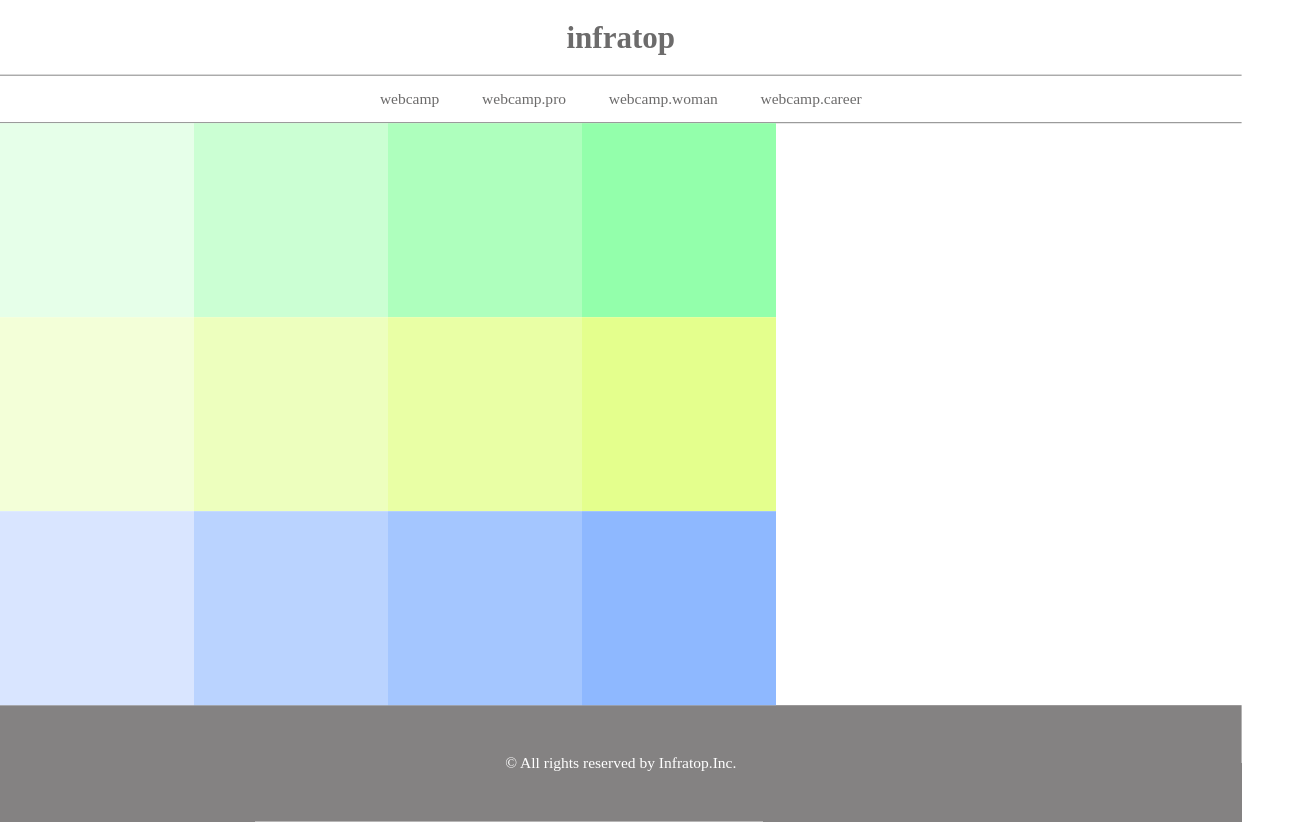
Repository: momopomi/htmlcss
Page: caravan/index.html
The author's editor kept a record of every edit. The page is drawn from the files as they stood at one moment, then again after the next edit.
The browser window is 1280 px wide. The page is 1280 px wide, then 1330 px, so the pictures cover 1330 px, including what lies to the right of the window. The pictures show the whole page, at 97% of full size.

Above is the page before.

After the next edit:
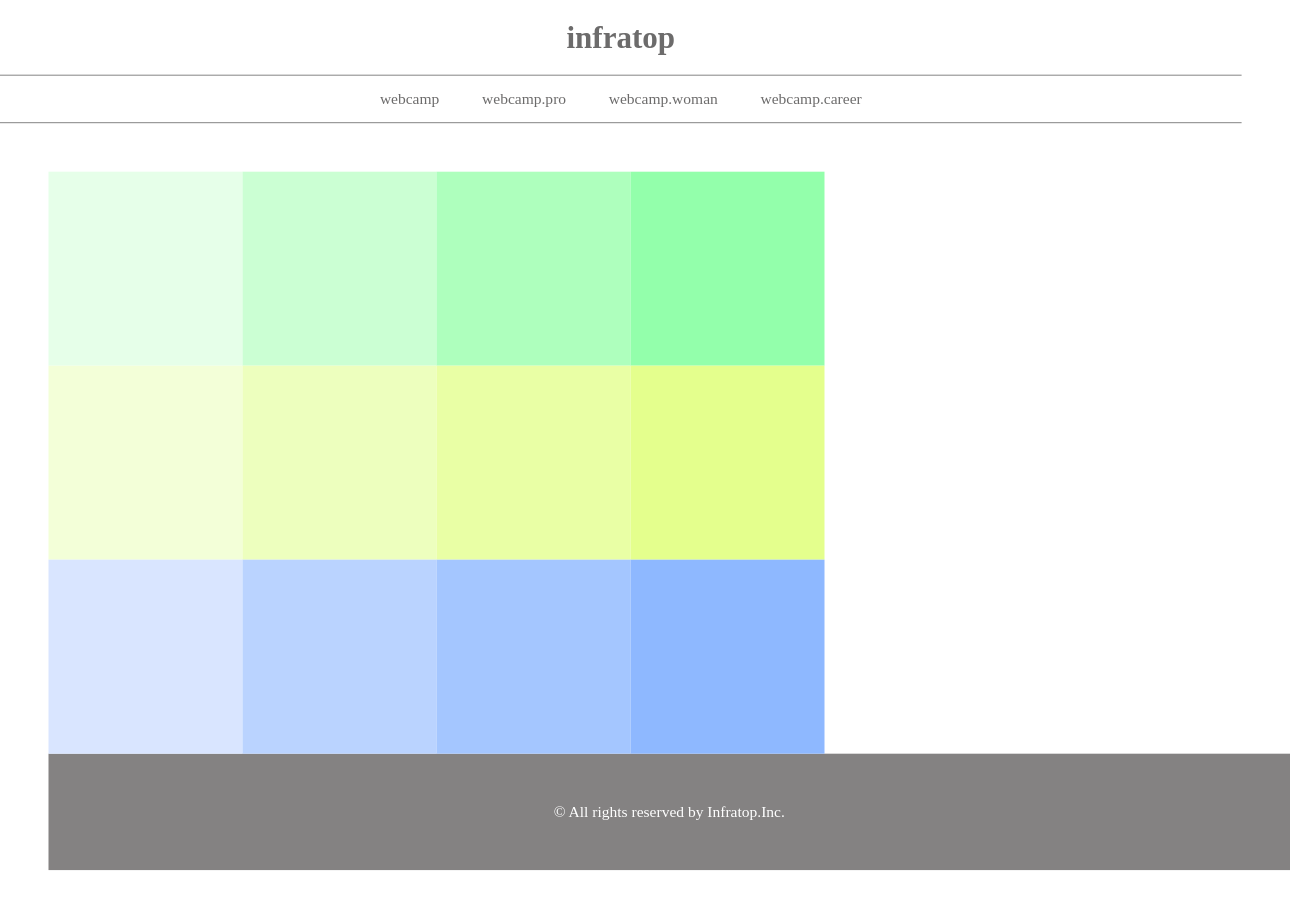
The edit:
--- a/caravan/index.html
+++ b/caravan/index.html
@@ -35,13 +35,14 @@
       </ul>
     </nav>
 
-    <!-- main-visual用のdiv -->
-    <div class=big_main1>
-     <div class="main1"></div>
-     <div class="main2"></div>
-     <div class="main3"></div>
-     <div class="main4"></div>
-    </div>
+    <!-- main用のdiv -->
+    <div class=large_main>
+     <div class=big_main1>
+      <div class="main1"></div>
+      <div class="main2"></div>
+      <div class="main3"></div>
+      <div class="main4"></div>
+     </div>
 
     <div class=big_main2>
      <div class="main5"></div>
